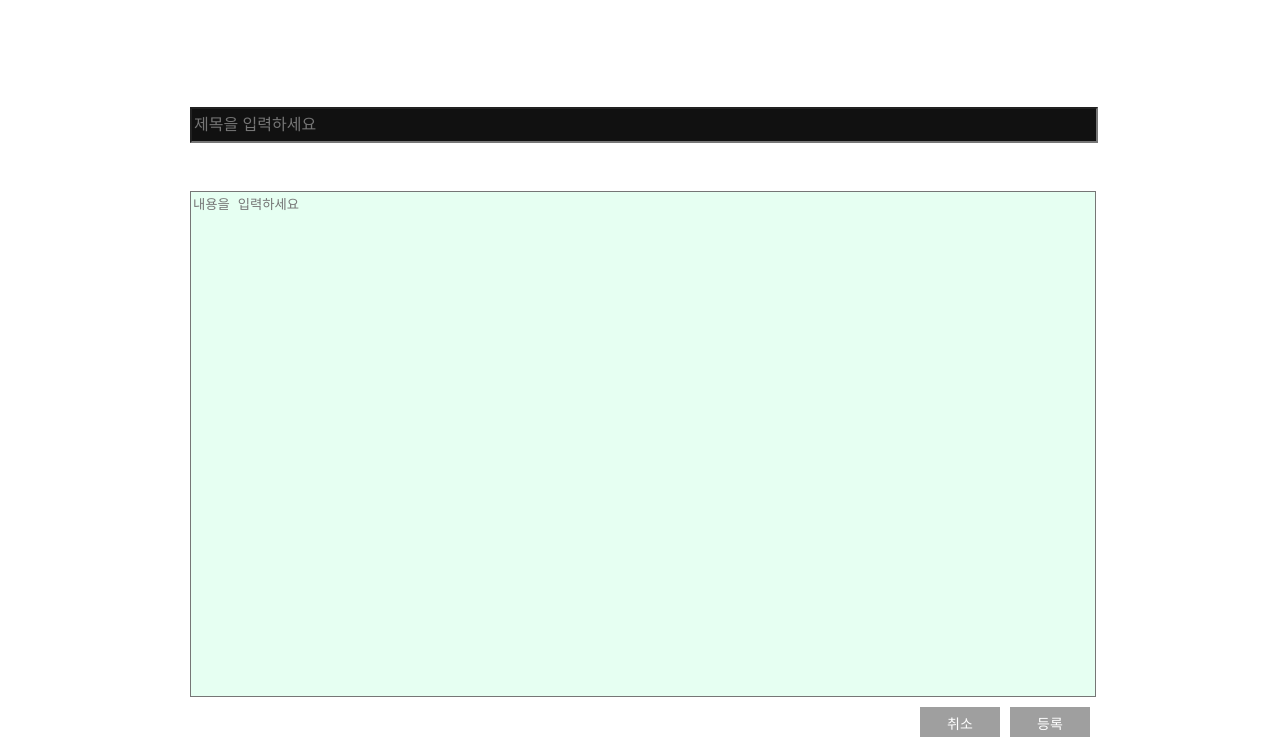
Repository: LeeHyukJe/LHJ
Page: http://localhost/mybbs/mybbs/bbs_form.jsp
These files come from the project's save history. The page is drawn as it stood at one moment and after the next save; the edit follows.
The browser window is 1280 px wide. The pictures show the whole page.
The page is served by Tomcat 9.

Above is the page before, as saved 2017-09-27 08:03:45.

After the next save:
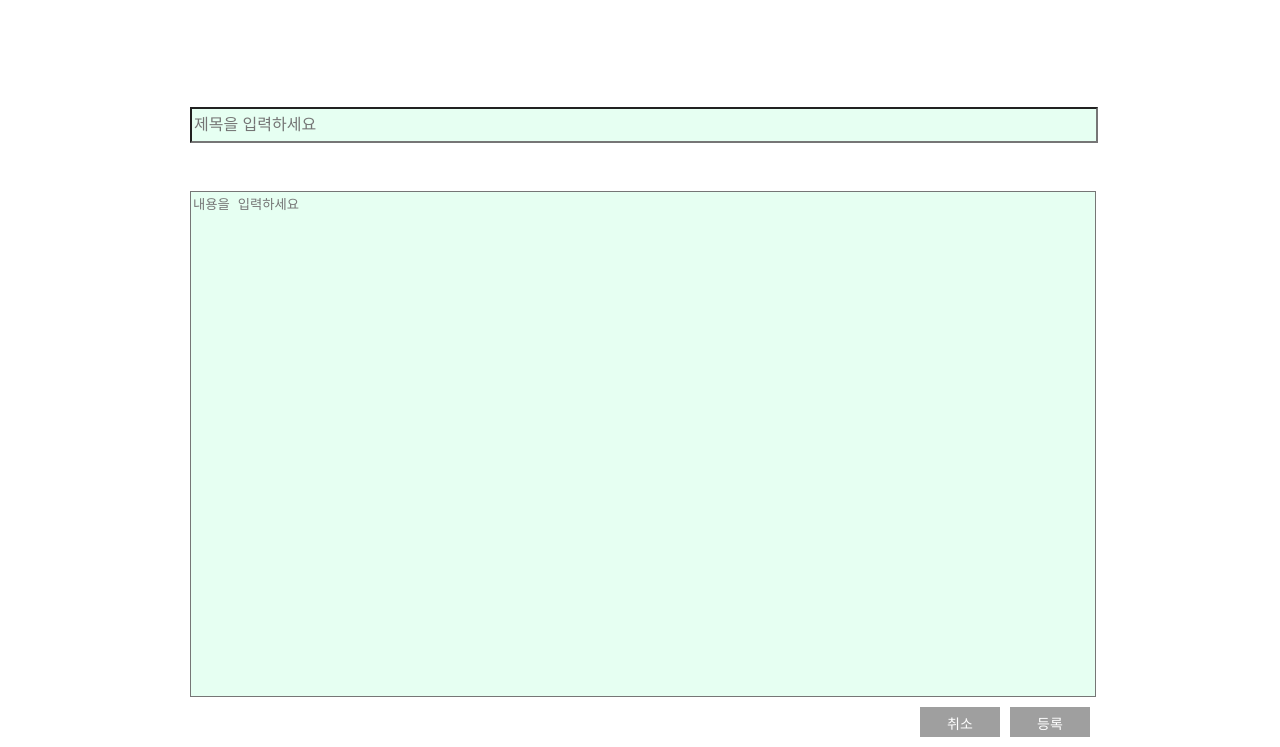
Saved 16 s later.
--- a/mybbs/WebContent/mybbs/bbs_form.jsp
+++ b/mybbs/WebContent/mybbs/bbs_form.jsp
@@ -26,7 +26,7 @@ h1 {
 input {
 	width: 100%;
 	color: white;
-	background-color: #111111;;
+	background-color: #e6fff2;;
 	margin-bottom: 30px;
 	height: 30px;
 	font-size: 16px;
